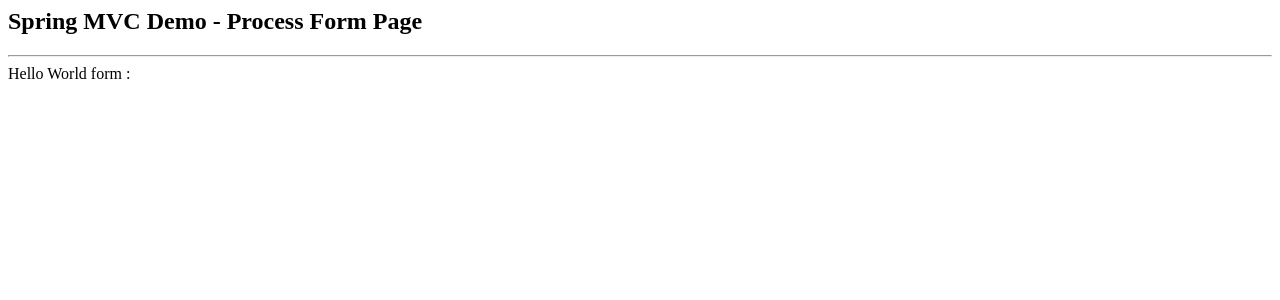
Repository: varunbajpai/JavaLearning
Page: http://localhost/LearnMVC2/processForm
These files come from the project's save history. The page is drawn as it stood at one moment and after the next save; the edit follows.
The browser window is 1280 px wide. The pictures show the whole page.
The page is served by Tomcat 9.

Above is the page before, as saved 2019-05-12 07:34:13.

After the next save:
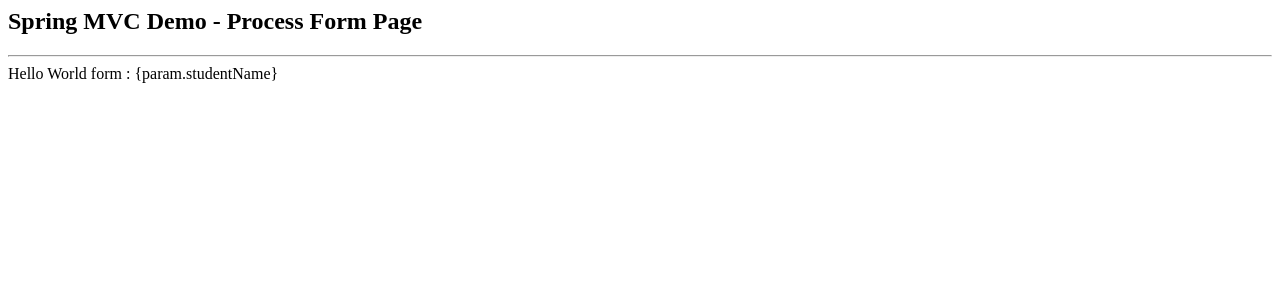
Saved 27 s later.
--- a/LearnMVC2/WebContent/WEB-INF/view/processForm.jsp
+++ b/LearnMVC2/WebContent/WEB-INF/view/processForm.jsp
@@ -1,5 +1,5 @@
 <!DOCTYPE>
 <html><body>
 <h2>Spring MVC Demo - Process Form Page</h2>
-<hr><a>Hello World form : ${param.studentName}</a>
+<hr><a>Hello World form : {param.studentName}</a>
 </body></html>

After the save that followed:
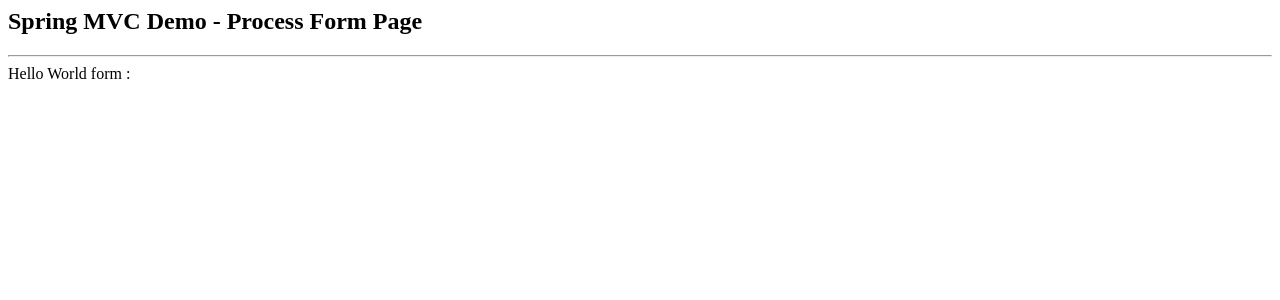
Saved 18 s later.
--- a/LearnMVC2/WebContent/WEB-INF/view/processForm.jsp
+++ b/LearnMVC2/WebContent/WEB-INF/view/processForm.jsp
@@ -1,5 +1,5 @@
 <!DOCTYPE>
 <html><body>
 <h2>Spring MVC Demo - Process Form Page</h2>
-<hr><a>Hello World form : {param.studentName}</a>
+<hr><a>Hello World form : ${param.studentName}</a>
 </body></html>
